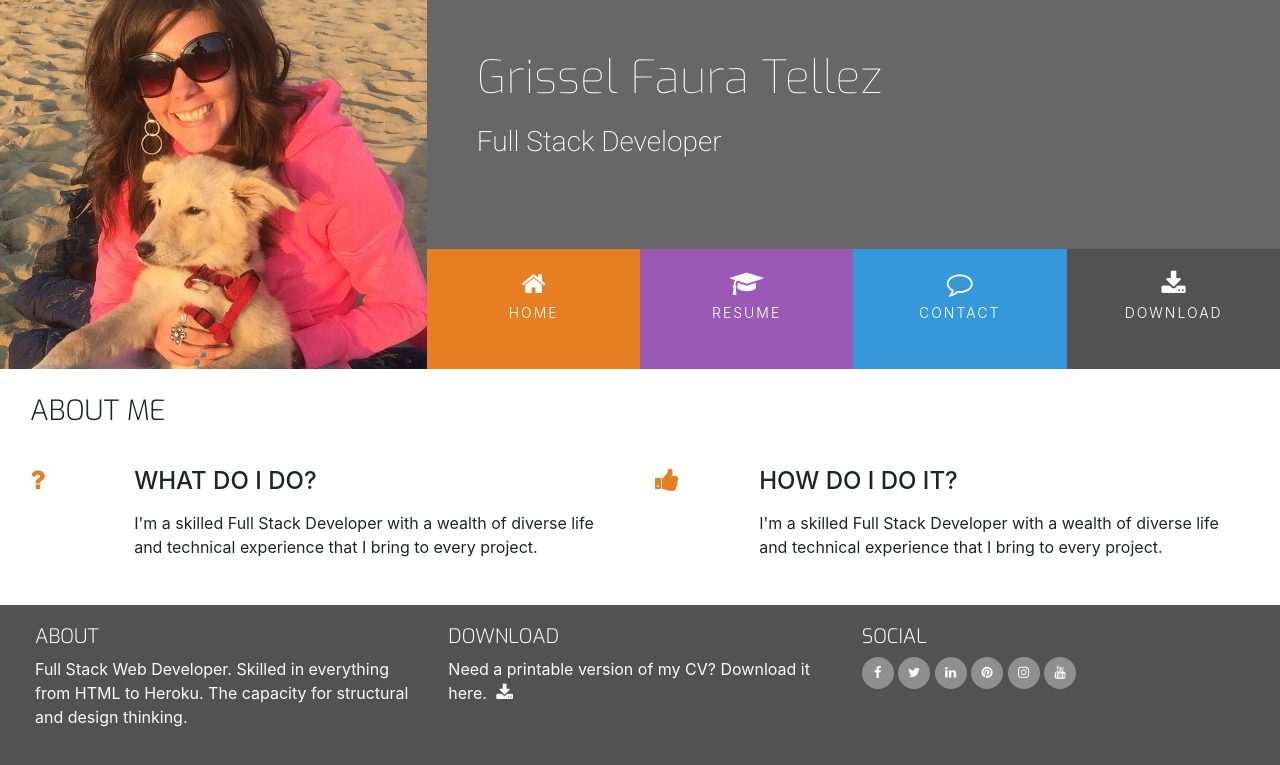
Repository: grisselfaura/Resume-Project-Introduction
Page: index.html
The author's editor kept a record of every edit. The page is drawn from the files as they stood at one moment, then again after the next edit.
The browser window is 1280 px wide. The pictures show the whole page.

Above is the page before.

### index.html
<!DOCTYPE html>
<html lang="en">
<head>
    <meta charset="UTF-8">
    <meta name="viewport" content="width=device-width, initial-scale=1.0">
    <meta http-equiv="X-UA-Compatible" content="ie=edge">
    <link rel="stylesheet" href="https://stackpath.bootstrapcdn.com/bootstrap/4.3.1/css/bootstrap.min.css" type="text/css" />
    <link rel="stylesheet" href="https://stackpath.bootstrapcdn.com/font-awesome/4.7.0/css/font-awesome.min.css" type="text/css" />
    <link rel="stylesheet" href="https://cdnjs.cloudflare.com/ajax/libs/hover.css/2.3.1/css/hover-min.css" type="text/css" />
    <link rel="stylesheet" href="assets/CSS/style.css" type="text/css" />
    <title>Grissel</title>
</head>
<body>
    <header>
       <div class="row no-gutters">
           <a class="col-md-4 logo" href="index.html"></a>
           <div class="col-md-8">
               <div class="row no-gutters bg-color-name-title">
                   <div class="col heading">
                       <h1 class="name">Grissel Faura Tellez</h1>
                       <h2 class="title">Full Stack Developer</h2>
                    </div>
               </div>
               <div class="row no-gutters">
                   <div class="col">
                       <ul id="nav" class="list-inline menucontainer">
                           <li class="col-6 col-sm-3 ui-menu-color-home list-inline-item menuitem">
                               <a href="#" class="hvr-sweep-to-bottom"><i class="fa fa-home" aria-hidden="true"></i><span>Home</span></a>
                           </li>
                           <li class="col-6 col-sm-3 ui-menu-color-resume list-inline-item menuitem">
                               <a href="#" class="hvr-sweep-to-bottom"><i class="fa fa-graduation-cap" aria-hidden="true"></i><span>Resume</span></a>
                           </li>
                           <li class="col-6 col-sm-3 ui-menu-color-contact list-inline-item menuitem">
                               <a href="#" class="hvr-sweep-to-bottom"><i class="fa fa-comment-o" aria-hidden="true"></i><span>Contact</span></a>
                           </li>
                           <li class="col-6 col-sm-3 ui-menu-color-download list-inline-item menuitem">
                               <a href="#" class="hvr-sweep-to-bottom"><i class="fa fa-download" aria-hidden="true"></i><span>Download</span></a>
                           </li>
                       </ul>
                   </div>
               </div>
           </div>
       </div>
    </header>
    <section class="container-fluid">
        <div class="row row-table">
            <div class="col-md-8 bg-color-three-reasons section-column">
                <div class="row">
                    <div class="col">
                        <h3 class="section-heading uppercase">About me</h3>
                    </div>
                </div>
                <div class="row">
                    <div class="col-10 offset-1 offset-sm-0 col-sm-4 col-md-6">
                        <div class="row">
                            <div class="col-2">
                                <i class="three-reasons-icon fa fa-question" aria-hidden="true"></i>
                            </div>
                            <div class="col-10">
                                <h4 class="three-reasons-heading uppercase">What do I do?</h4>
                                <p>
                                    I'm a skilled Full Stack Developer with a wealth of diverse life and technical experience that I bring to every project.
                                </p>
                            </div>
                        </div>
                    </div>
                    <div class="col-10 offset-1 offset-sm-0 col-sm-4 col-md-6">
                        <div class="row">
                            <div class="col-2">
                                <i class="three-reasons-icon fa fa-thumbs-up" aria-hidden="true"></i>
                            </div>
                            <div class="col-10">
                                <h4 class="three-reasons-heading uppercase">How do I do it?</h4>
                                <p>
                                    I'm a skilled Full Stack Developer with a wealth of diverse life and technical experience that I bring to every project.
                                </p>
                            </div>
                        </div>
                    </div>
                </div>
            </div>
        </div>

    </section>


    <footer class="container-fluid">
        <div id="footer-details" class="row">
            <div class="col-sm-4">
                <h5 class="uppercase general-sub">About</h5>
                <p class ="inline-block">
                Full Stack Web Developer. Skilled in everything from HTML to Heroku. The capacity for structural and design thinking.</p>
            </div>
            <div class="col-sm-4">
                <h5 class="uppercase general-sub">Download</h5>
                <p class ="inline-block">
                Need a printable version of my CV? Download it here.
                    <a href="#" target="_blank" class="cv-pdf">
                        <i class="fa fa-download" aria-hidden="true"></i>
                        <span class="sr-only">Download link again.</span>
                    </a>
                </p>
             </div>
            <div class="col-sm-4">
                <h5 class="uppercase general-sub">Social</h5>
                <ul class="list-inline social-links">
                    <li class="list-inline-item">
                        <a target="_blank" href="#">
                            <i class="fa fa-facebook" aria-hidden="true"></i>
                            <span class="sr-only">Facebook</span>
                        </a>
                    </li>
                    <li class="list-inline-item">
                        <a target="_blank" href="#">
                            <i class="fa fa-twitter" aria-hidden="true"></i>
                            <span class="sr-only">Twitter</span>
                        </a>
                    </li>
                     <li class="list-inline-item">
                        <a target="_blank" href="#">
                            <i class="fa fa-linkedin" aria-hidden="true"></i>
                            <span class="sr-only">LinkedIn</span>
                        </a>
                    </li>
                    <li class="list-inline-item">
                        <a target="_blank" href="#">
                            <i class="fa fa-pinterest" aria-hidden="true"></i>
                            <span class="sr-only">Pinterest</span>
                        </a>
                    </li>
                    <li class="list-inline-item">
                        <a target="_blank" href="#">
                            <i class="fa fa-instagram" aria-hidden="true"></i>
                            <span class="sr-only">Instagram</span>
                        </a>
                    </li>
                    <li class="list-inline-item">
                        <a target="_blank" href="#">
                            <i class="fa fa-youtube" aria-hidden="true"></i>
                            <span class="sr-only">Youtube</span>
                        </a>
                    </li>
                </ul>
            </div>
        </div>
    </footer>
</body>
</html>

### assets/CSS/style.css
@import url('https://fonts.googleapis.com/css?family=Roboto:100,200,300,400,500,600,700|Exo:100,200,300,400,500,600,700');

/*---------------------------------Colours*/

.bg-color-name-title {
    background-color: #676767;
}

.bg-color-three-reasons {
    background-color: #fff;
}

.ui-menu-color-home {
     background-color: #e67e22;
}

.ui-menu-color-resume {
     background-color: #9b59b6;
}

.ui-menu-color-contact {
     background-color: #3498db;
}

.ui-menu-color-download {
     background-color: #525252;
}
/*---------------------------------Special paddings/margins/text*/

h1,
h2,
h3,
h4 {
    margin: 0;
}

.uppercase {
   text-transform: uppercase;
}

.general-sub {
    font-family: "Exo", sans-serif;
    font-weight: 300;
    color: #fafafa;
}

.inline-block {
    display: inline-block;
}

.row-table {
    display: table;
}

.section-column {
    display: table-cell;
    padding: 0 30px 30px;
    float: none;
}

.section-heading {
    font-family: "Exo", sans-serif;
    font-weight: 300;
    margin-top: 25px;
    margin-bottom: 40px;
}

/*---------------------------------Heading*/
header {
    margin: 0;
}

.heading {
    margin-left: 50px;
}

.logo {
    background: url("../images/gri.jpg");
    background-position: center;
    background-repeat: no-repeat;
    background-size: cover;
    min-height: 360px;
    transition: all .5s ease-in-out;
    -moz-transition: all .5s ease-in-out;
    -webkit-transition: all .5s ease-in-out;
}

.name {
    font-family: "Exo", sans-serif;
    font-weight: 100;
    font-size: 46px;
    margin-top: 50px;
    color: #ffffff;
}

.title {
    font-family: "Roboto", sans-serif;
    font-weight: 200;
    font-size: 28px;
    margin-top: 20px;
    margin-bottom: 90px;
    color: #ffffff;
}
.list-inline-item:not(:last-child) {
    margin-right: 0;
}
.menucontainer {
    font-size: 0;
}

#nav {
    margin: 0
}

#nav li {
    font-size: 14px;
    padding: 0;
}

.menuitem {
    height: 120px;
    text-align: center;
    padding: 0;
}

.menuitem a {
    width: 100%;
    text-decoration: none;
    color: #fff;
    height: 120px;
}

.menuitem a i {
    padding-top: 22px;
    display: block;
    color: #fafafa;
    font-size: 26px;
}

.menuitem span {
    display: block;
    width: 100%;
    padding-top: 5px;
    text-align: center;
    text-transform: uppercase;
    font-size: 14px;
    font-weight: 300;
    letter-spacing: 2px;
}

/*---------------------------------Hover.css*/
.hvr-sweep-to-bottom:before {
    background: rgba(0,0,0,0.2);
    height: 120px;
}

/*---------------------------------Footer*/

footer {
    background-color: #525252;
    color: #fafafa;
    min-height: 120px;
    margin: 0;
}

.cv-pdf i {
  font-size: 18px;
  color: #fafafa;
  text-align: center;
  padding-left: 5px;
  transition: all 0.35s ease-in-out;
  -moz-transition: all 0.35s ease-in-out;
  -webkit-transition: all 0.35s ease-in-out;
  -o-transition: all 0.35s ease-in-out;
}

.cv-pdf i:hover {
  color: #e84610;
}

.social-links {
    padding-bottom: 15px;
}

.social-links li a i {
    width: 32px;
    height: 32px;
    padding: 12px 0;
    border-radius: 50%;
    font-size: 13px;
    line-height: 7px;
    text-align: center;
    color: #fafafa;
    background: #8f8f8f;
    transition: all 0.35s ease-in-out;
    -moz-transition: all 0.35s ease-in-out;
    -webkit-transition: all 0.35s ease-in-out;
    -o-transition: all 0.35s ease-in-out;
}

.social-links li a i:hover {
    background: #e84610;
}

#footer-details {
    padding: 20px;
}

/*---------------------------------Three Reasons*/

.three-reasons-icon {
    font-size: 26px;
    color: #e67e22;
}

.three-reasons-heading {
    margin-bottom: 15px;
}

After the next edit:
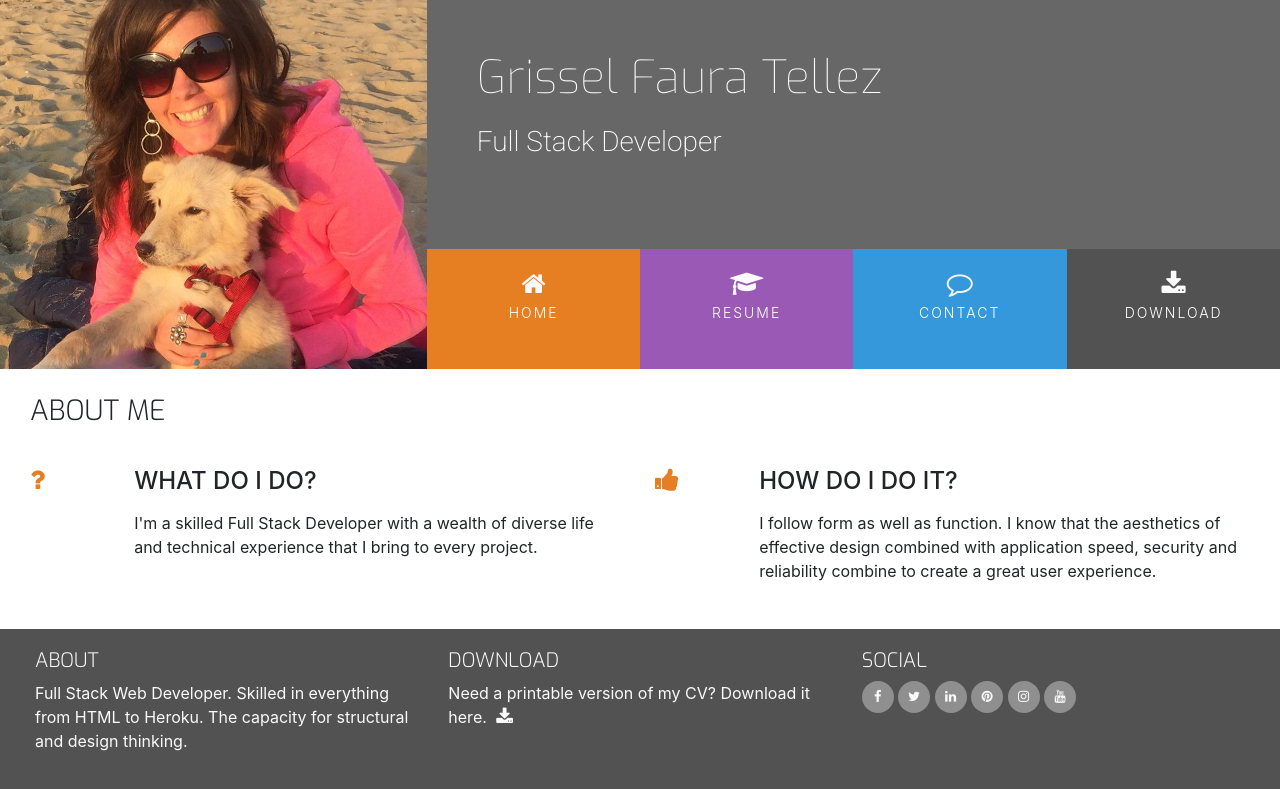
The edit:
--- a/index.html
+++ b/index.html
@@ -72,7 +72,7 @@
                             <div class="col-10">
                                 <h4 class="three-reasons-heading uppercase">How do I do it?</h4>
                                 <p>
-                                    I'm a skilled Full Stack Developer with a wealth of diverse life and technical experience that I bring to every project.
+                                    I follow form as well as function. I know that the aesthetics of effective design combined with application speed, security and reliability combine to create a great user experience.
                                 </p>
                             </div>
                         </div>
